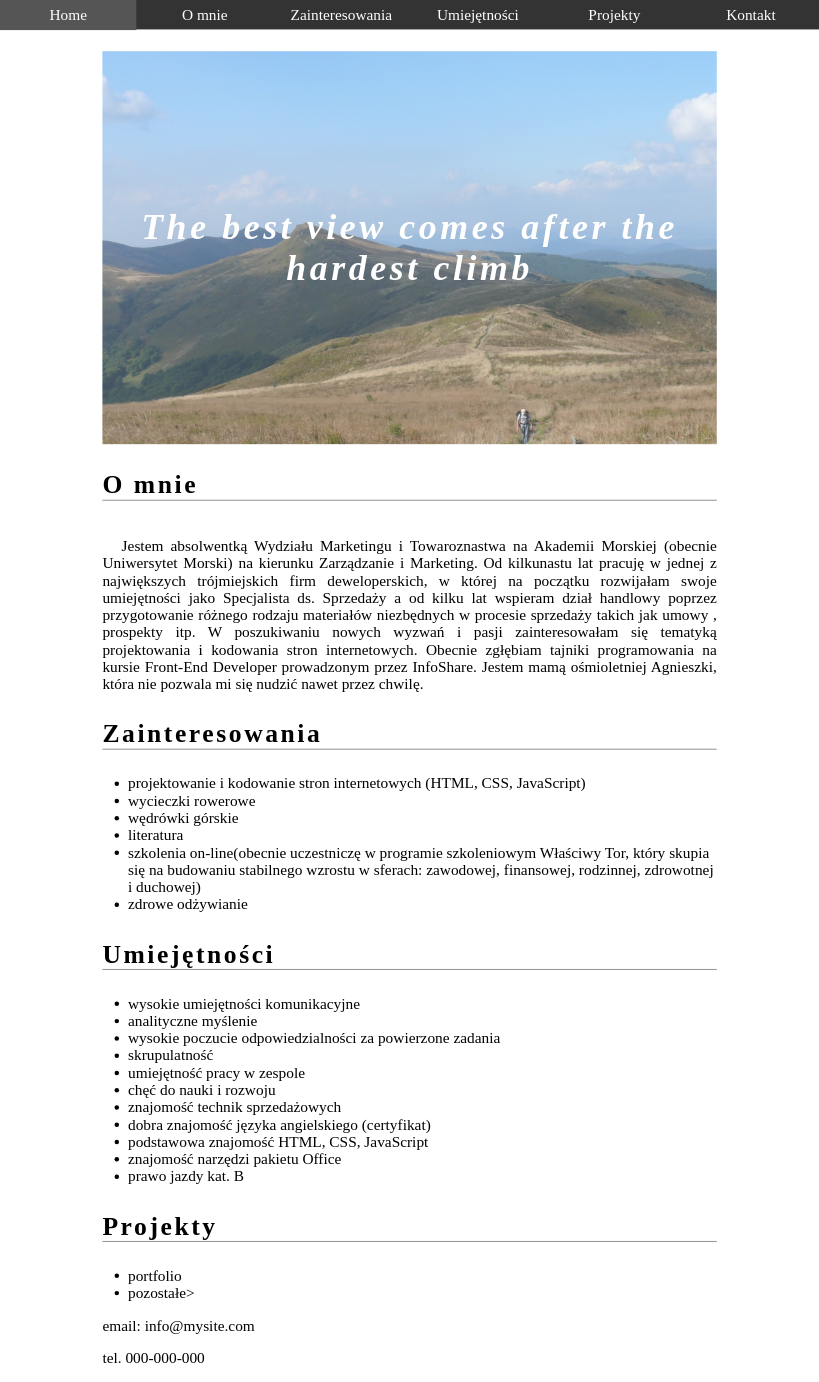
Repository: MagJaw/portfolio
Page: portfolio.html
An editor plug-in stored every save of this project. The page is shown before and after the next save, followed by the edit.
The browser window is 1280 px wide. The pictures show the whole page, at 64% of full size.

Above is the page before, as saved 2018-11-12 18:56:18.

### portfolio.html
<!DOCTYPE html>
<html lang="pl">
<head>
    <meta charset="UTF-8">
    <meta name="viewport" content="width=device-width, initial-scale=1.0">
    <meta http-equiv="X-UA-Compatible" content="ie=edge">
    <link rel="stylesheet" href="main.css">
    <title>Portfolio</title>
</head>
<body>
    <div id="wrapper">
        <nav role="navigation"class="menu__container">
            <ul class="menu">
                <li class="menu__section">
                    <a href="#section1">Home</a>
                </li>
                <li class="menu__section">
                    <a href="#section2">O mnie</a>
                </li>
                <li class="menu__section">
                    <a href="#section3">Zainteresowania</a>
                </li>
                <li class="menu__section">
                    <a href="#section4">Umiejętności</a>
                </li>
                <li class="menu__section">
                    <a href="#section5">Projekty</a>
                </li>
                <li class="menu__section">
                    <a href="#section6">Kontakt</a>
                </li>
            </ul>
        </nav>
        <div class="motto__container">
            <blockquote id="quote"><b>The best view comes after the hardest climb</b></blockquote>
        </div>

        <div id="section2">
            <h1 class="header__section">O mnie</h1>
            <img src="" class="my__photo">
            <p id="history"> Jestem absolwentką Wydziału Marketingu i Towaroznastwa na Akademii Morskiej (obecnie Uniwersytet Morski) na kierunku Zarządzanie i Marketing. Od kilkunastu lat pracuję w jednej z największych trójmiejskich firm deweloperskich, w której na początku rozwijałam swoje umiejętności jako Specjalista ds. Sprzedaży a od kilku lat wspieram dział handlowy poprzez przygotowanie różnego rodzaju materiałów niezbędnych w procesie sprzedaży takich jak umowy , prospekty itp. W poszukiwaniu nowych wyzwań i pasji zainteresowałam się tematyką projektowania i kodowania stron internetowych. Obecnie zgłębiam tajniki programowania na kursie Front-End Developer prowadzonym przez InfoShare. Jestem mamą ośmioletniej Agnieszki, która nie pozwala mi się nudzić nawet przez chwilę.</p>
        </div>
        <div id="section3">
            <h1 class="header__section">Zainteresowania</h1>
            <ul>
                <li>projektowanie i kodowanie stron internetowych (HTML, CSS, JavaScript)</li>
                <li>wycieczki rowerowe</li>
                <li>wędrówki górskie</li>
                <li>literatura</li>
                <li>szkolenia on-line(obecnie uczestniczę w programie szkoleniowym Właściwy Tor, który skupia się na budowaniu stabilnego wzrostu w sferach: zawodowej, finansowej, rodzinnej, zdrowotnej i duchowej)</li>
                <li>zdrowe odżywianie</li>
            </ul>
        </div>
        <div id="section4">
            <h1 class="header__section">Umiejętności</h1>
            <ul>
                <li>wysokie umiejętności komunikacyjne</li>
                <li>analityczne myślenie</li>
                <li>wysokie poczucie odpowiedzialności za powierzone zadania</li>
                <li>skrupulatność</li>
                <li>umiejętność pracy w zespole</li>
                <li>chęć do nauki i rozwoju</li>
                <li>znajomość technik sprzedażowych</li>
                <li>dobra znajomość języka angielskiego (certyfikat)</li>
                <li>podstawowa znajomość HTML, CSS, JavaScript</li>
                <li>znajomość narzędzi pakietu Office</li>
                <li>prawo jazdy kat. B</li>
            </ul>
        </div>
        <div id="section5">
            <h1 class="header__section">Projekty</h1>
            <ul>
                <li>portfolio</li>
                <li>pozostałe></li>
            </ul>
        </div>
        <div id="section6">
            <p>email: info@mysite.com</p>
            <p>tel. 000-000-000</p>
        </div>
    </div>
</body>
</html>

### main.css
html {
    font-size: 16px;
    scroll-behavior: smooth;
  }

#wrapper {
    width: 100%;
    max-width: 960px;
    margin: 0 auto;
}

.menu__container {
background:  #333;
}

.menu {
    list-style-type: none;
    padding: 0;
    margin: 0;
}

.menu__container a {
    text-decoration: none;
    text-align: center;
    color: #fff;
    display: block;
    padding: 10px;
}

.menu__container a:hover {
background-color: #555;
}

.motto__container {
width: 100%;
height: 48vw;
background-image: url(tapeta.jpg);
background-color: #555;
opacity: 0.8;
display: table;
}

#quote {
font-size: 3.5em;
letter-spacing: 0.1em;
font-style: italic;
color: #fff;
text-align: center;
vertical-align: middle;
display: table-cell;
margin: 0;
}

p, li {
font-size: 1.5em;
}

.header__section {
font-size: 2.5em;
letter-spacing: 0.1em;
border-bottom: 1px solid #555;
margin-top: 1em;
margin-bottom: 1em;
}

#history {
margin: 0;
text-indent: 30px;
text-align: justify;
}

@media screen and (max-width: 767px){
#quote {
font-size: 2em;
}
}

@media screen and (min-width: 768px){

.menu {
display: flex;
}

.menu__section {
flex: 1 1 0;
}

.menu__container {
    background:  #333;
    z-index: 1;
    top: 0;
    left: 0;
    right: 0;
    height: 46px;
    position: fixed;
    }

.motto__container {
margin-top: 80px;
}

/*.header__section {
    margin-top: 46px;
    }
}*/

@media screen and (min-width: 1700px){
    .motto__container {

    height: 24vw;
    }

After the next save:
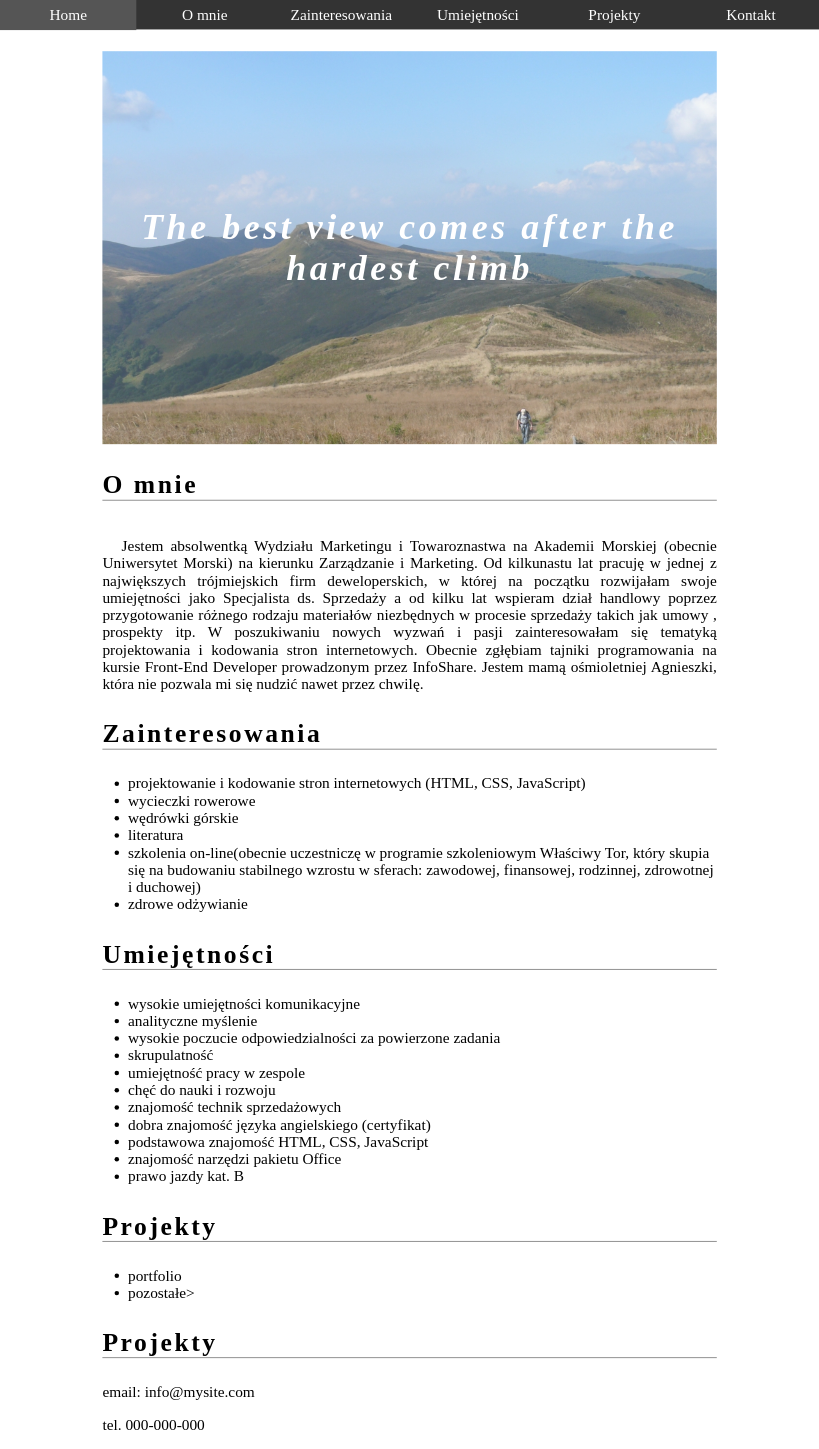
Saved 4 min 23 s later.
--- a/portfolio.html
+++ b/portfolio.html
@@ -75,6 +75,7 @@
             </ul>
         </div>
         <div id="section6">
+            <h1 class="header__section">Projekty</h1>
             <p>email: info@mysite.com</p>
             <p>tel. 000-000-000</p>
         </div>
